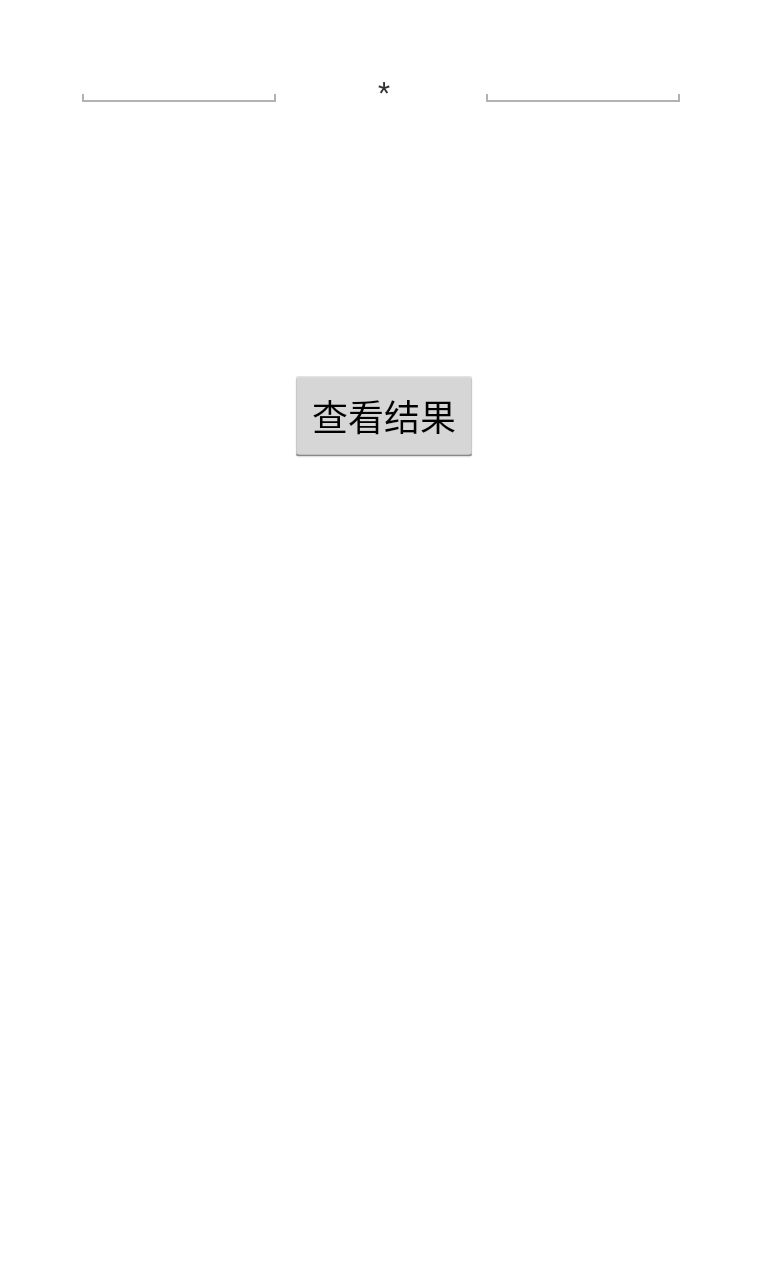
Repository: 729517723/AndroidProject
Layout: Activity_03_contrl/res/layout/activity_main.xml
These files come from the project's save history. The layout is drawn as it stood at one moment and after the next save; the edit follows.
It is drawn on a 768 x 1280 px phone screen (xhdpi) without system bars, with theme AppTheme; the app's code is not run.

Above is the layout before, as saved 2016-08-15 18:08:31.

After the next save:
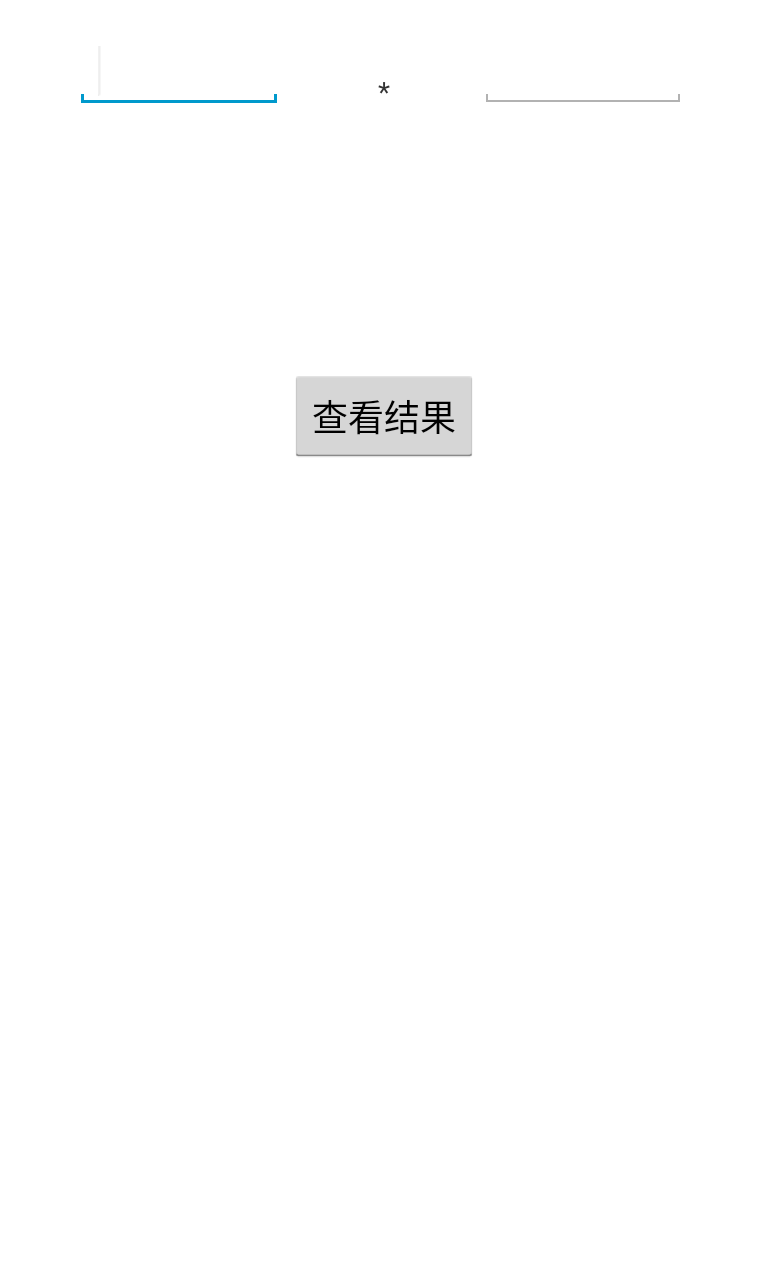
Saved 91 s later.
--- a/Activity_03_contrl/res/layout/activity_main.xml
+++ b/Activity_03_contrl/res/layout/activity_main.xml
@@ -26,9 +26,6 @@
         android:layout_marginRight="24dp"
         android:ems="5" />
 
-
-
-
     <EditText
         android:id="@+id/first"
         android:layout_width="wrap_content"
@@ -36,8 +33,10 @@
         android:layout_above="@+id/button1"
         android:layout_alignParentLeft="true"
         android:layout_marginLeft="21dp"
-        android:ems="5"
-         />
+        android:ems="5">
+                <requestFocus />
+        </EditText>
+
 
     <TextView
         android:id="@+id/textView2"
